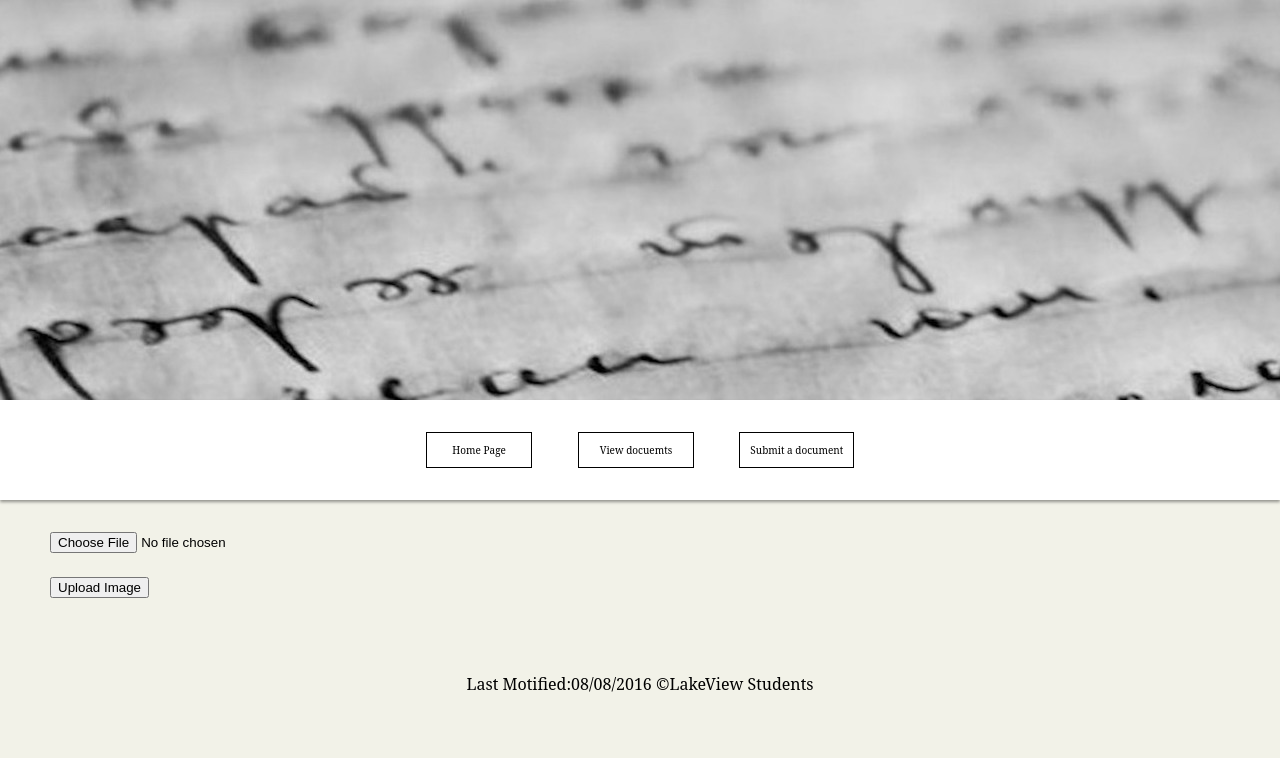
Repository: youwin1234/workspace
Page: http://localhost/newImage.php
The author's editor kept a record of every edit. The page is drawn from the files as they stood at one moment, then again after the next edit.
The browser window is 1280 px wide. The pictures show the whole page.
The page is run by PHP 8.4 with error messages shown; the project is at /var/www/html/.

Above is the page before.

### newImage.php
<?php

require 'functions.php';

?>
<!DOCTYPE html>
<html>
    <head>
<link rel="apple-touch-icon" sizes="57x57" href="imagetagging.ico/apple-icon-57x57.png">
<link rel="apple-touch-icon" sizes="60x60" href="imagetagging.ico/apple-icon-60x60.png">
<link rel="apple-touch-icon" sizes="72x72" href="imagetagging.ico/apple-icon-72x72.png">
<link rel="apple-touch-icon" sizes="76x76" href="imagetagging.ico/apple-icon-76x76.png">
<link rel="apple-touch-icon" sizes="114x114" href="imagetagging.ico/apple-icon-114x114.png">
<link rel="apple-touch-icon" sizes="120x120" href="imagetagging.ico/apple-icon-120x120.png">
<link rel="apple-touch-icon" sizes="144x144" href="imagetagging.ico/apple-icon-144x144.png">
<link rel="apple-touch-icon" sizes="152x152" href="imagetagging.ico/apple-icon-152x152.png">
<link rel="apple-touch-icon" sizes="180x180" href="imagetagging.ico/apple-icon-180x180.png">
<link rel="icon" type="image/png" sizes="192x192"  href="imagetagging.ico/android-icon-192x192.png">
<link rel="icon" type="image/png" sizes="32x32" href="imagetagging.ico/favicon-32x32.png">
<link rel="icon" type="image/png" sizes="96x96" href="imagetagging.ico/favicon-96x96.png">
<link rel="icon" type="image/png" sizes="16x16" href="imagetagging.ico/favicon-16x16.png">
<link rel="manifest" href="imagetagging.ico/manifest.json">
<meta name="msapplication-TileColor" content="#ffffff">
<meta name="msapplication-TileImage" content="imagetagging.ico/ms-icon-144x144.png">
<meta name="theme-color" content="#ffffff">
<link rel="stylesheet" type="text/css" href="960-Grid-System-master/code/css/min/960_12_col.css"/>
<link rel="stylesheet" type="text/css" href="Submit.css"/>
<link href='https://fonts.googleapis.com/css?family=Lobster|Noto+Serif' rel='stylesheet' type='text/css'>


        <title>
        Submit A Image
        </title>
        <style type="text/css">
            #contextmenu{
    background-color:#DDD;
    border-style:solid;
    border-width:1px;
    width:100px;
    display:none;
    position: absolute;
    z-index:1;
}
#imgPlace {
      position: relative;
  display: table;
  height: 100%;
  vertical-align: middle !important;
  margin-left: auto;
  margin-right: auto;
}
#photo {
    height: 100%;
  position: float;
  position: relative;
  display: block;
  vertical-align: middle !important;
  margin-left: auto;
  margin-right: auto;

}
#tag{
  position:absolute;
  top:137px;
  left:264px;
  background-color: #aaaaaa;
  text-shadow:-1px -2px #666666;
  border-width: 2px;
  border-color: #0088dd;
}


        </style>
          <link rel="stylesheet" type="text/css" href="jquery.imgareaselect-0.9.10/css/imgareaselect-default.css" />
        <!--  <link rel="stylesheet" type="text/css" href="images.css" />-->
          <script type="text/javascript" src="jquery.imgareaselect-0.9.10/scripts/jquery.min.js"></script>
          <script type="text/javascript" src="jquery.imgareaselect-0.9.10/scripts/jquery.imgareaselect.pack.js"></script>
    <!--Right Click Menu-->
             <div id="contextmenu">
            <table>
                <tr>
                    <td id="TagImage">Tag Image</td>
                </tr>
            </table>
        </div>

    </head>



    <body>
            <header>
                   <div class= "container">

                   </div>
            </header>
            <div class= "container">
                                 <nav class="box">
                                                <a href="index.php" class="click2">&nbsp;&nbsp;&nbsp;&nbsp;&nbsp;&nbsp;Home Page&nbsp;&nbsp;&nbsp;&nbsp;&nbsp;&nbsp;</a>
                                             <p>&nbsp;&nbsp;&nbsp;&nbsp;&nbsp;&nbsp;&nbsp;&nbsp;&nbsp;&nbsp;&nbsp;</p>
                                                <a href= "dbimages.php" class="click2">&nbsp;&nbsp;&nbsp;&nbsp;View docuemts&nbsp;&nbsp;&nbsp;&nbsp;</a>
                                            <p>&nbsp;&nbsp;&nbsp;&nbsp;&nbsp;&nbsp;&nbsp;&nbsp;&nbsp;&nbsp;&nbsp;</p>
                                               <a href= "newImage.php" class="click2">Submit a document</a>
                                     </nav>




<div class="main">
 <!-------------content here!!!--------------->

<form id="form" action="newFile.php" method="POST"  enctype="multipart/form-data">
    <input type="file" name="myimage" id="myimage" /> <br><br>
    <input type="submit" value="Upload Image" name="Upload_Image"/>
</form>


<!--------------------until here------------------->

<footer>
              <div class="footer1 ">
                     <p id="foot">Last Motified:08/08/2016 &copy;LakeView Students</p>
                     </div>

        </footer>
    </body>
</html>
<!--"images/" . $imageFileName-->

### 960-Grid-System-master/code/css/960_12_col.css
/*
  960 Grid System ~ Core CSS.
  Learn more ~ http://960.gs/

  Licensed under GPL and MIT.
*/

/*
  Forces backgrounds to span full width,
  even if there is horizontal scrolling.
  Increase this if your layout is wider.

  Note: IE6 works fine without this fix.
*/

body {
  min-width: 960px;
}

/* `Container
----------------------------------------------------------------------------------------------------*/

.container_12 {
  margin-left: auto;
  margin-right: auto;
  width: 960px;
}

/* `Grid >> Global
----------------------------------------------------------------------------------------------------*/

.grid_1,
.grid_2,
.grid_3,
.grid_4,
.grid_5,
.grid_6,
.grid_7,
.grid_8,
.grid_9,
.grid_10,
.grid_11,
.grid_12 {
  display: inline;
  float: left;
  margin-left: 10px;
  margin-right: 10px;
}

.push_1, .pull_1,
.push_2, .pull_2,
.push_3, .pull_3,
.push_4, .pull_4,
.push_5, .pull_5,
.push_6, .pull_6,
.push_7, .pull_7,
.push_8, .pull_8,
.push_9, .pull_9,
.push_10, .pull_10,
.push_11, .pull_11 {
  position: relative;
}

/* `Grid >> Children (Alpha ~ First, Omega ~ Last)
----------------------------------------------------------------------------------------------------*/

.alpha {
  margin-left: 0;
}

.omega {
  margin-right: 0;
}

/* `Grid >> 12 Columns
----------------------------------------------------------------------------------------------------*/

.container_12 .grid_1 {
  width: 60px;
}

.container_12 .grid_2 {
  width: 140px;
}

.container_12 .grid_3 {
  width: 220px;
}

.container_12 .grid_4 {
  width: 300px;
}

.container_12 .grid_5 {
  width: 380px;
}

.container_12 .grid_6 {
  width: 460px;
}

.container_12 .grid_7 {
  width: 540px;
}

.container_12 .grid_8 {
  width: 620px;
}

.container_12 .grid_9 {
  width: 700px;
}

.container_12 .grid_10 {
  width: 780px;
}

.container_12 .grid_11 {
  width: 860px;
}

.container_12 .grid_12 {
  width: 940px;
}

/* `Prefix Extra Space >> 12 Columns
----------------------------------------------------------------------------------------------------*/

.container_12 .prefix_1 {
  padding-left: 80px;
}

.container_12 .prefix_2 {
  padding-left: 160px;
}

.container_12 .prefix_3 {
  padding-left: 240px;
}

.container_12 .prefix_4 {
  padding-left: 320px;
}

.container_12 .prefix_5 {
  padding-left: 400px;
}

.container_12 .prefix_6 {
  padding-left: 480px;
}

.container_12 .prefix_7 {
  padding-left: 560px;
}

.container_12 .prefix_8 {
  padding-left: 640px;
}

.container_12 .prefix_9 {
  padding-left: 720px;
}

.container_12 .prefix_10 {
  padding-left: 800px;
}

.container_12 .prefix_11 {
  padding-left: 880px;
}

/* `Suffix Extra Space >> 12 Columns
----------------------------------------------------------------------------------------------------*/

.container_12 .suffix_1 {
  padding-right: 80px;
}

.container_12 .suffix_2 {
  padding-right: 160px;
}

.container_12 .suffix_3 {
  padding-right: 240px;
}

.container_12 .suffix_4 {
  padding-right: 320px;
}

.container_12 .suffix_5 {
  padding-right: 400px;
}

.container_12 .suffix_6 {
  padding-right: 480px;
}

.container_12 .suffix_7 {
  padding-right: 560px;
}

.container_12 .suffix_8 {
  padding-right: 640px;
}

.container_12 .suffix_9 {
  padding-right: 720px;
}

.container_12 .suffix_10 {
  padding-right: 800px;
}

.container_12 .suffix_11 {
  padding-right: 880px;
}

/* `Push Space >> 12 Columns
----------------------------------------------------------------------------------------------------*/

.container_12 .push_1 {
  left: 80px;
}

.container_12 .push_2 {
  left: 160px;
}

.container_12 .push_3 {
  left: 240px;
}

.container_12 .push_4 {
  left: 320px;
}

.container_12 .push_5 {
  left: 400px;
}

.container_12 .push_6 {
  left: 480px;
}

.container_12 .push_7 {
  left: 560px;
}

.container_12 .push_8 {
  left: 640px;
}

.container_12 .push_9 {
  left: 720px;
}

.container_12 .push_10 {
  left: 800px;
}

.container_12 .push_11 {
  left: 880px;
}

/* `Pull Space >> 12 Columns
----------------------------------------------------------------------------------------------------*/

.container_12 .pull_1 {
  left: -80px;
}

.container_12 .pull_2 {
  left: -160px;
}

.container_12 .pull_3 {
  left: -240px;
}

.container_12 .pull_4 {
  left: -320px;
}

.container_12 .pull_5 {
  left: -400px;
}

.container_12 .pull_6 {
  left: -480px;
}

.container_12 .pull_7 {
  left: -560px;
}

.container_12 .pull_8 {
  left: -640px;
}

.container_12 .pull_9 {
  left: -720px;
}

.container_12 .pull_10 {
  left: -800px;
}

.container_12 .pull_11 {
  left: -880px;
}

/* `Clear Floated Elements
----------------------------------------------------------------------------------------------------*/

/* http://sonspring.com/journal/clearing-floats */

.clear {
  clear: both;
  display: block;
  overflow: hidden;
  visibility: hidden;
  width: 0;
  height: 0;
}

/* http://www.yuiblog.com/blog/2010/09/27/clearfix-reloaded-overflowhidden-demystified */

.clearfix:before,
.clearfix:after,
.container_12:before,
.container_12:after {
  content: '.';
  display: block;
  overflow: hidden;
  visibility: hidden;
  font-size: 0;
  line-height: 0;
  width: 0;
  height: 0;
}

.clearfix:after,
.container_12:after {
  clear: both;
}

/*
  The following zoom:1 rule is specifically for IE6 + IE7.
  Move to separate stylesheet if invalid CSS is a problem.
*/

.clearfix,
.container_12 {
  zoom: 1;
}

### Submit.css
h1{
  text-align: center;
}
body {
  margin: 0;
  padding-top: 400px;
  font-family: 'Noto Serif', serif;
}

header {
  height: 400px;
  background-image:url(WebsiteImg/p1.jpg);
  display: flex;
  justify-content:center;
  align-items:center;
  font-family: 'Lobster', cursive;
}

.box,
.main {
  position: relative;
}
.box {
  background: #fff;
  height: 100px;
  z-index: 150;
  margin-bottom: -80px;
  box-shadow: 0 2px 3px rgba(0,0,0,.4);
  display: flex;
    justify-content:center;
    align-items:center;
}
header,
.box-scrolled {
  position: fixed;
  width: 100%;
  top: 0;
}
.main {
  background: #f2f2e8;
  padding: 110px 50px 50px;
}
.click{
    text-decoration: none;
    color: black;
    font-size: 20px;
    display:block;
    padding: 5px 5px;
    border-style: dashed;
    border-width: 2px;
    border-color: white;
}
.click:hover {
    background-color: black;
    color:white;
    border-style:dashed;
    border-width: 2px;
    border-color:black;
}

.click2{
    text-decoration: none;
    color: black;
    font-size: 10px;
    display:block;
    padding: 10px 10px;
    padding-right: 10px;
    border-style: solid;
    border-width: 1px;
    border-color: black;
}
.click2:hover {
    background-color: black;
    color:white;
    border-style: solid;
    border-width: 1px;
    border-color:black;
}

.footer1{
    background-color: #f2f2e8;
   text-align:center;
   margin-top:50px;
   width: 100%;
   height:60px;

}

#foot{
  padding-top: 25px;

}

### jquery.imgareaselect-0.9.10/css/imgareaselect-default.css
/*
 * imgAreaSelect default style
 */

.imgareaselect-border1 {
	background: url(border-v.gif) repeat-y left top;
}

.imgareaselect-border2 {
    background: url(border-h.gif) repeat-x left top;
}

.imgareaselect-border3 {
    background: url(border-v.gif) repeat-y right top;
}

.imgareaselect-border4 {
    background: url(border-h.gif) repeat-x left bottom;
}

.imgareaselect-border1, .imgareaselect-border2,
.imgareaselect-border3, .imgareaselect-border4 {
    filter: alpha(opacity=50);
	opacity: 0.5;
}

.imgareaselect-handle {
    background-color: #fff;
    border: solid 1px #000;
    filter: alpha(opacity=50);
    opacity: 0.5;
}

.imgareaselect-outer {
    background-color: #000;
    filter: alpha(opacity=50);
    opacity: 0.5;
}

.imgareaselect-selection {
}

Loaded but not shown: jquery.imgareaselect-0.9.10/scripts/jquery.min.js (library); jquery.imgareaselect-0.9.10/scripts/jquery.imgareaselect.pack.js (library); functions.php (608 lines, source omitted)

After the next edit:
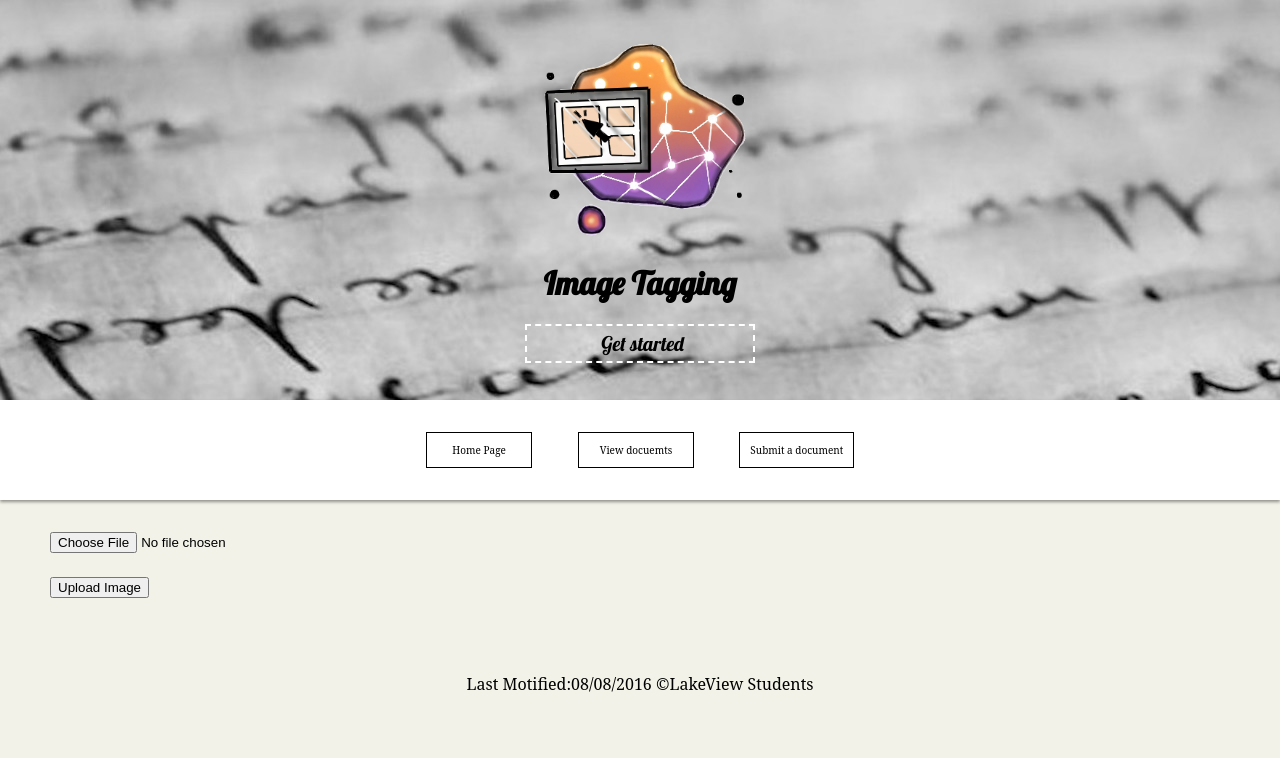
The edit:
--- a/newImage.php
+++ b/newImage.php
@@ -90,8 +90,12 @@
 
     <body>
             <header>
-                   <div class= "container">
-
+                    <div class= "container">
+                        <div class="header">
+                        <img src="WebsiteImg/LOGO1.png" height="200px"></img>
+                        <h1> Image Tagging</h1>
+        <a class="click" href="newImage.php">&nbsp;&nbsp;&nbsp;&nbsp;&nbsp;&nbsp;&nbsp;&nbsp;&nbsp;&nbsp;&nbsp;&nbsp;&nbsp;&nbsp;&nbsp;&nbsp;Get started</a>
+                         </div>
                    </div>
             </header>
             <div class= "container">
